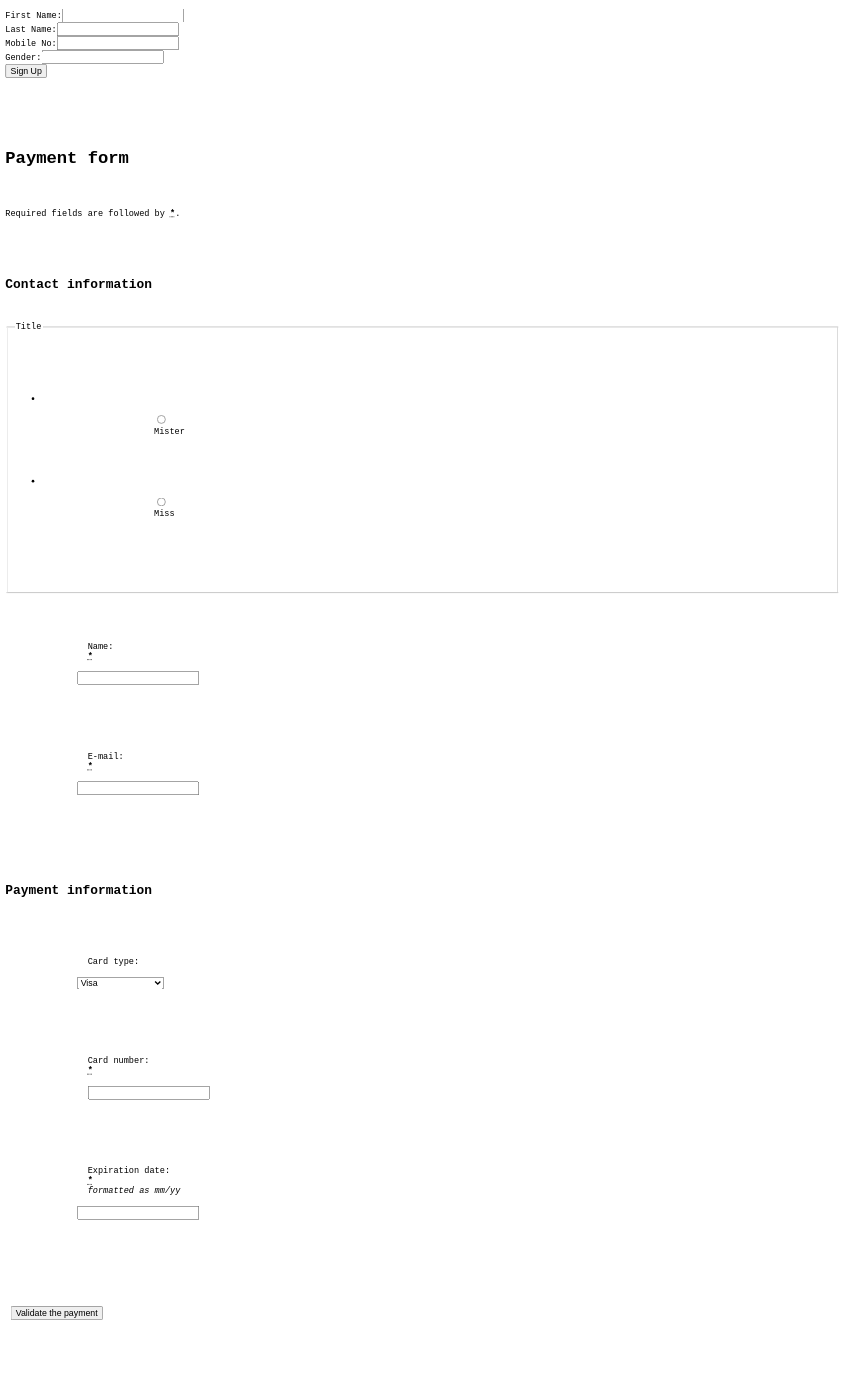
Repository: USChaurasiya/SpringCore
Page: http://localhost/SpringExample/
These files come from the project's save history. The page is drawn as it stood at one moment and after the next save; the edit follows.
The browser window is 1280 px wide. The pictures show the whole page, at 66% of full size.
The page is served by Tomcat 9.

Above is the page before, as saved 2017-02-14 07:19:46.

After the next save:
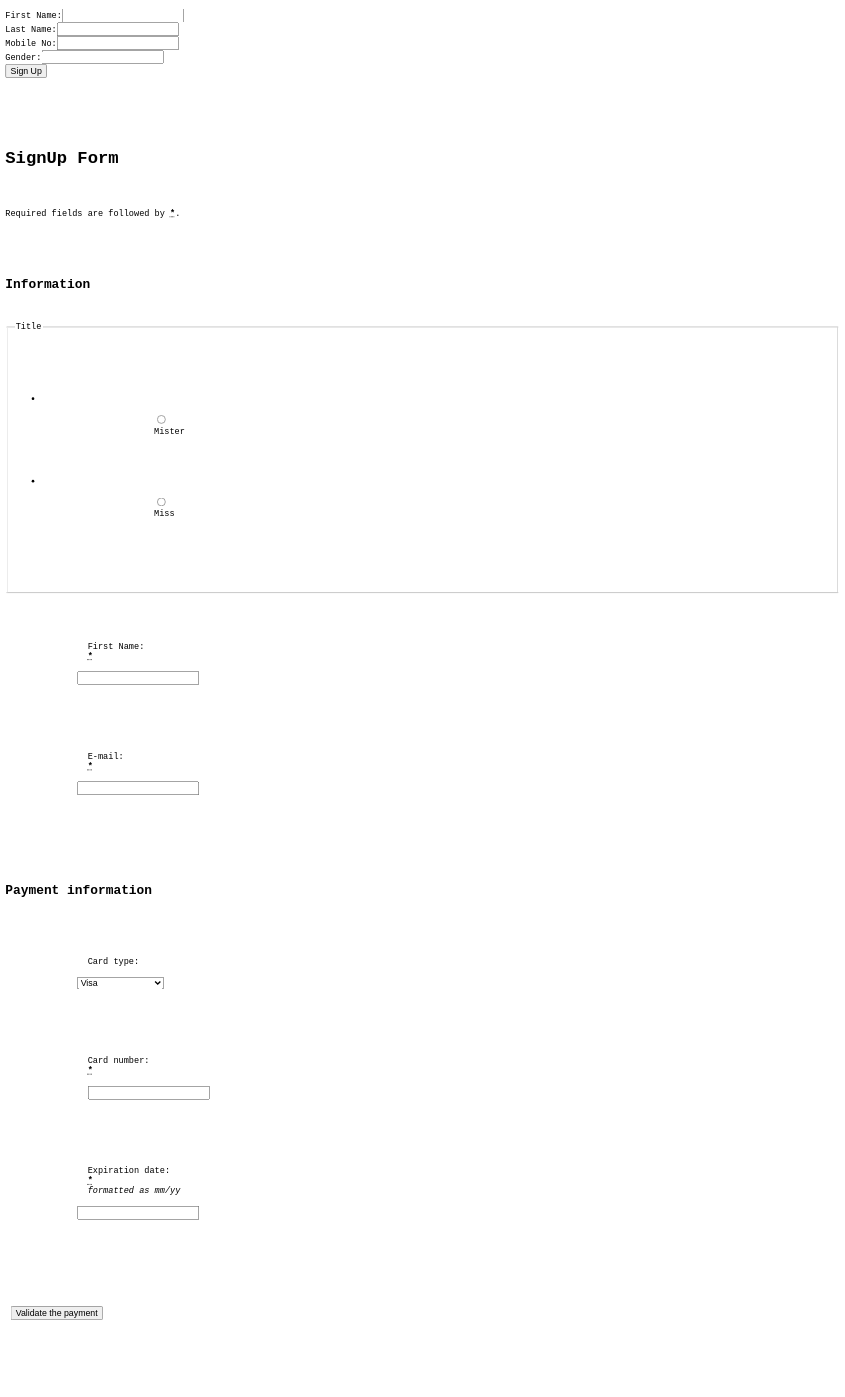
Saved 3 min 47 s later.
--- a/SpringExample/WebContent/Signup.jsp
+++ b/SpringExample/WebContent/Signup.jsp
@@ -19,22 +19,22 @@ Gender:<input type="text" name="gender">
 
 
 	<form action="signup.do" method="post">
-        <h1>Payment form</h1>
+        <h1>SignUp Form</h1>
         <p>Required fields are followed by <strong><abbr title="required">*</abbr></strong>.</p>
         <section>
-            <h2>Contact information</h2>
+            <h2>Information</h2>
             <fieldset>
               <legend>Title</legend>
               <ul>
                   <li>
                     <label for="title_1">
-                      <input type="radio" id="title_1" name="title" value="M." >
+                      <input type="radio" id="title_1" name="title"  >
                       Mister
                     </label>
                   </li>
                   <li>
                     <label for="title_2">
-                      <input type="radio" id="title_2" name="title" value="Ms.">
+                      <input type="radio" id="title_2" name="title" >
                       Miss
                     </label>
                   </li>
@@ -42,10 +42,10 @@ Gender:<input type="text" name="gender">
             </fieldset>
             <p>
               <label for="name">
-                <span>Name: </span>
+                <span>First Name: </span>
                 <strong><abbr title="required">*</abbr></strong>
               </label>
-              <input type="text" id="name" name="username">
+              <input type="text"  name="fname">
             </p>
             <p>
               <label for="mail">
